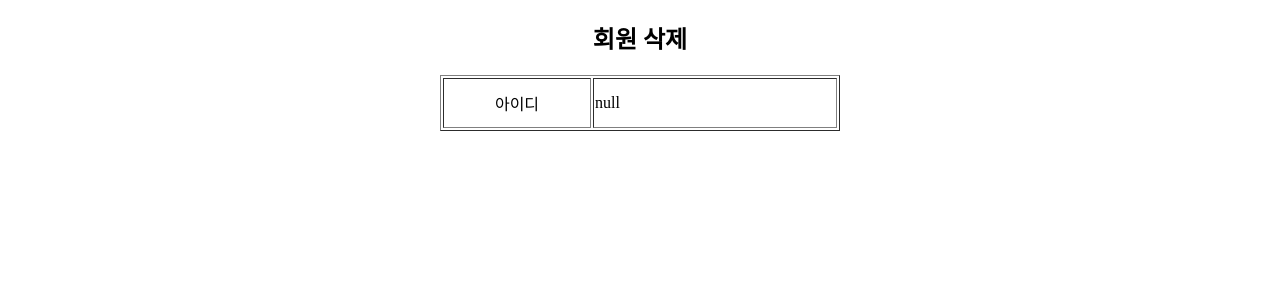
Repository: BartsimisraB/JavaPractice_
Page: http://localhost/CRUD_Practice_signup/memberDelete.jsp
An editor plug-in stored every save of this project. The page is shown before and after the next save, followed by the edit.
The browser window is 1280 px wide. The pictures show the whole page.
The page is served by Tomcat 9.

Above is the page before, as saved 2023-01-16 02:27:37.

After the next save:
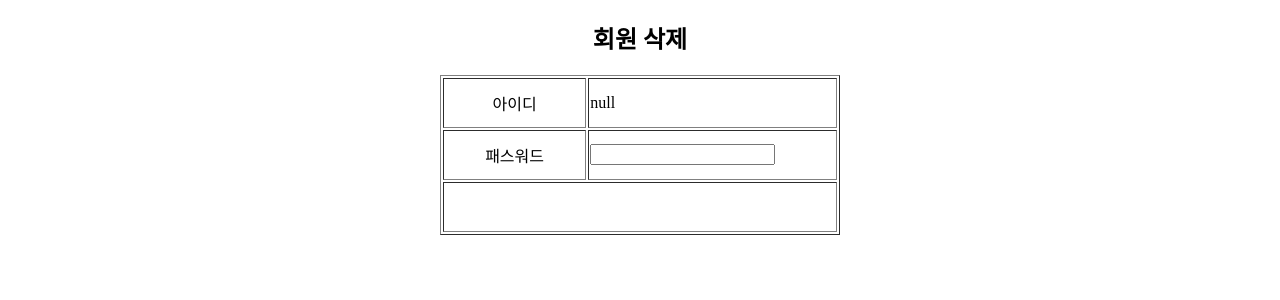
Saved 2 min 57 s later.
--- a/CRUD_Practice_signup/src/main/webapp/memberDelete.jsp
+++ b/CRUD_Practice_signup/src/main/webapp/memberDelete.jsp
@@ -14,8 +14,19 @@
 			<tr height="50">
 				<td width="150" align="center">아이디</td>
 				<td width="250"><%=request.getParameter("id") %></td>
+			</tr>
+			<tr height="50">
+				<td width="150" align="center">패스워드</td>
+				<td width="250">
+				<input type="paswword" name="pass1"></td>
+			</tr>
+			<tr height="50">
+				<td colspan="2"></td>
+				<input type="hidden" name="id" value="<%=request.getParameter("id") %>
+				<input type="submit" value="회원 삭제"></form>
 
 			</tr>
+
 		</form>
 	</table>
 </center>
